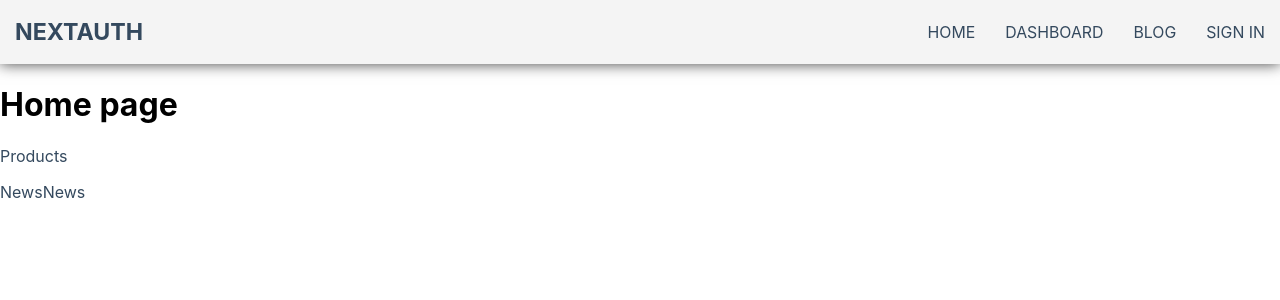
Repository: adeel146/nextjs
Page: /
The author's editor kept a copy of each file at every save. The page is drawn from the files as they stood at one save, then again after the next save.
The browser window is 1280 px wide. The pictures show the whole page.
The page's requests for data from a server got no answer. The project was rebuilt for these pictures with package versions that can differ from the ones it lists, and the page was loaded fresh each time. The framework's server and built-in components were replaced by stand-ins that run in the browser. No one was signed in, and anything a server would have sent is missing. Also part of the build but not shown: next.config.js.

Above is the page before, as saved 2022-02-10 18:16:53.

After the next save:
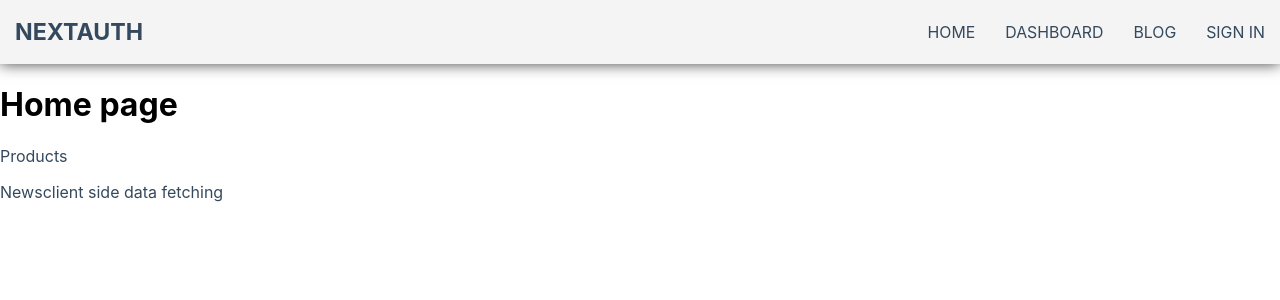
Saved 101 s later.
--- a/pages/index.js
+++ b/pages/index.js
@@ -12,7 +12,7 @@ function Home() {
         <a>News</a>
       </Link>
       <Link href="/dashboard-swr">
-        <a>News</a>
+        <a>client side data fetching</a>
       </Link>
       </p>
     </>
